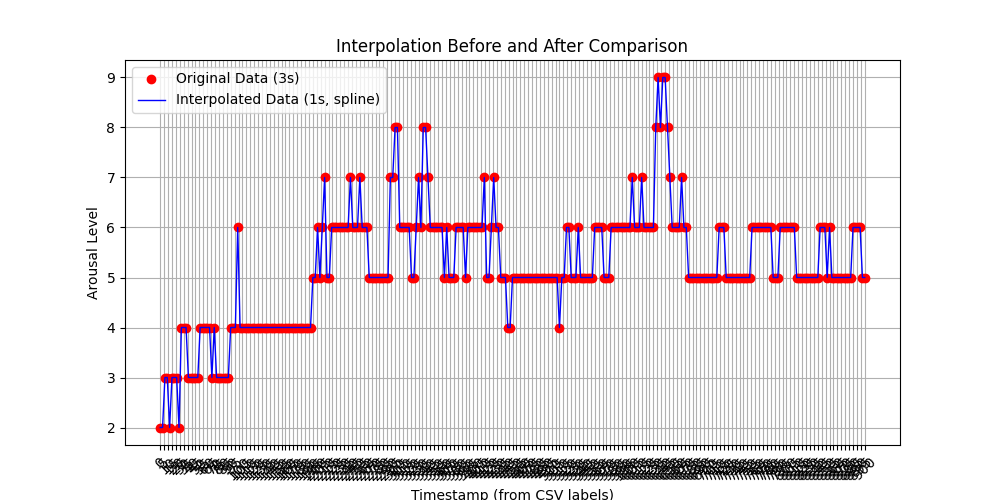
Repository: JLCucumber/comp0053_workspace
Script's output: python data_interpolation.py
An editor plug-in stored every save of this project. The script's output is shown before and after the next save, followed by the edit.
Random numbers start from a fixed seed.

Above is the script's output before, as saved 2025-03-14 19:21:15.

### data_interpolation.py
import os
import pandas as pd
import matplotlib
import matplotlib.pyplot as plt
from scipy.interpolate import CubicSpline

matplotlib.rcParams["font.family"] = "DejaVu Sans"  #


def interpolate_csv(input_csv, output_csv, target_interval=1, visualize=False, method="linear"):
    """Data interpolation: Convert annotations from 3s intervals to 1s intervals and visualize the difference"""
    if not os.path.exists(input_csv):
        print(f"❌ Input file {input_csv} does not exist!")
        return

    # **Read CSV file**
    df = pd.read_csv(input_csv)

    # **Ensure timestamp is an integer**
    df["timestamp"] = pd.to_numeric(df["timestamp"], errors="coerce")

    # **Convert to DatetimeIndex**
    df["timestamp"] = pd.to_datetime(df["timestamp"], unit="s")

    # **Set index**
    df.set_index("timestamp", inplace=True)

    if method == "spline":
        # **Perform cubic spline interpolation**
        timestamps = df.index.astype(int) // 10**9  # Convert timestamps to integer seconds
        arousal_values = df["arousal"].values
        cs = CubicSpline(timestamps, arousal_values)
        new_timestamps = range(timestamps[0], timestamps[-1] + 1, target_interval)
        new_arousal = cs(new_timestamps)
        df_resampled = pd.DataFrame({"timestamp": new_timestamps, "arousal": new_arousal})
    else:
        # **Perform linear interpolation (default)**
        df_resampled = df.resample(f"{target_interval}s").interpolate(method=method)
        df_resampled.reset_index(inplace=True)
        df_resampled["timestamp"] = df_resampled["timestamp"].astype(int) // 10**9  # Convert back to integer seconds

    # **Save results**
    df_resampled.to_csv(output_csv, index=False)
    print(f"✅ Interpolation completed, saved to {output_csv}")


def visualize_interpolation(original_csv, interpolated_csv):
    """Function to visualize interpolation effect separately"""
    if not os.path.exists(original_csv) or not os.path.exists(interpolated_csv):
        print("❌ One or both files do not exist!")
        return

    # **Read files**
    df_original = pd.read_csv(original_csv)
    df_interpolated = pd.read_csv(interpolated_csv)

    # **Ensure timestamps are numeric and sorted**
    df_original["timestamp"] = pd.to_numeric(df_original["timestamp"], errors="coerce")
    print(df_original["timestamp"])
    df_interpolated["timestamp"] = pd.to_numeric(df_interpolated["timestamp"], errors="coerce")
    df_original = df_original.sort_values("timestamp")
    df_interpolated = df_interpolated.sort_values("timestamp")

    plt.figure(figsize=(10, 5))

    # **Fix: Use correct timestamps for original data**
    plt.plot(df_original["timestamp"], df_original["arousal"], 'ro-', label="Original Data (3s)", markersize=6, linestyle="None")

    # **Plot interpolated data**
    plt.plot(df_interpolated["timestamp"], df_interpolated["arousal"], 'b-', label="Interpolated Data (1s, spline)", linewidth=1)

    # **Fix X-axis labels to avoid overlap**
    plt.xticks(df_interpolated["timestamp"][::5], labels=df_interpolated["timestamp"][::5].astype(str), rotation=45)

    plt.xlabel("Timestamp (from CSV labels)")
    plt.ylabel("Arousal Level")
    plt.legend()
    plt.title("Interpolation Before and After Comparison")
    plt.grid()
    plt.show()





if __name__ == "__main__":
    # 插值数据
    input_csv_file = "output/rgb_byz_game_session.csv"  # 你的原始 CSV 文件
    output_csv_file = input_csv_file.replace(".csv", "_interpolated.csv")
    interpolate_csv(input_csv_file, output_csv_file, target_interval=1, visualize=True, method="linear")
    visualize_interpolation(input_csv_file, output_csv_file)

### output/rgb_byz_game_session.csv
timestamp,arousal
0,2
3,2
6,3
9,3
12,2
15,3
18,3
21,3
24,2
27,4
30,4
33,4
36,3
39,3
42,3
45,3
48,3
51,4
54,4
57,4
60,4
63,4
66,3
69,4
72,3
75,3
78,3
81,3
84,3
87,3
90,4
93,4
96,4
99,6
102,4
105,4
108,4
111,4
114,4
117,4
120,4
123,4
126,4
129,4
132,4
135,4
138,4
141,4
144,4
147,4
150,4
153,4
156,4
159,4
162,4
165,4
168,4
171,4
174,4
177,4
180,4
183,4
186,4
189,4
192,4
195,5
198,5
201,6
204,5
207,6
210,7
213,5
216,5
219,6
222,6
225,6
228,6
231,6
234,6
237,6
240,6
243,7
246,6
249,6
252,6
255,7
258,6
261,6
264,6
267,5
270,5
273,5
276,5
279,5
282,5
285,5
288,5
291,5
294,7
297,7
300,8
303,8
306,6
309,6
312,6
315,6
318,6
321,5
324,5
327,6
330,7
333,6
336,8
339,8
342,7
345,6
348,6
351,6
354,6
357,6
360,6
363,5
366,6
369,5
372,5
375,5
378,6
381,6
384,6
387,6
390,5
393,6
396,6
399,6
402,6
405,6
408,6
411,6
414,7
417,5
420,5
423,6
426,7
429,6
432,6
435,5
438,5
441,5
444,4
447,4
450,5
453,5
456,5
459,5
462,5
465,5
468,5
471,5
474,5
477,5
480,5
483,5
486,5
489,5
492,5
495,5
498,5
501,5
504,5
507,5
510,4
513,5
516,5
519,6
522,6
525,5
528,5
531,5
534,6
537,5
540,5
543,5
546,5
549,5
552,5
555,6
558,6
561,6
564,6
567,5
570,5
573,5
576,6
579,6
582,6
585,6
588,6
591,6
594,6
597,6
600,6
603,7
606,6
609,6
612,6
615,7
618,6
621,6
624,6
627,6
630,6
633,8
636,9
639,8
642,9
645,9
648,8
651,7
654,6
657,6
660,6
663,6
666,7
669,6
672,6
675,5
678,5
681,5
684,5
687,5
690,5
693,5
696,5
699,5
702,5
705,5
708,5
711,5
714,6
717,6
720,6
723,5
726,5
729,5
732,5
735,5
738,5
741,5
744,5
747,5
750,5
753,5
756,6
759,6
762,6
765,6
768,6
771,6
774,6
777,6
780,6
783,5
786,5
789,5
792,6
795,6
798,6
801,6
804,6
807,6
810,6
813,5
816,5
819,5
822,5
825,5
828,5
831,5
834,5
837,5
840,5
843,6
846,6
849,6
852,5
855,6
858,5
861,5
864,5
867,5
870,5
873,5
876,5
879,5
882,5
885,6
888,6
891,6
894,6
897,5
900,5

After the next save:
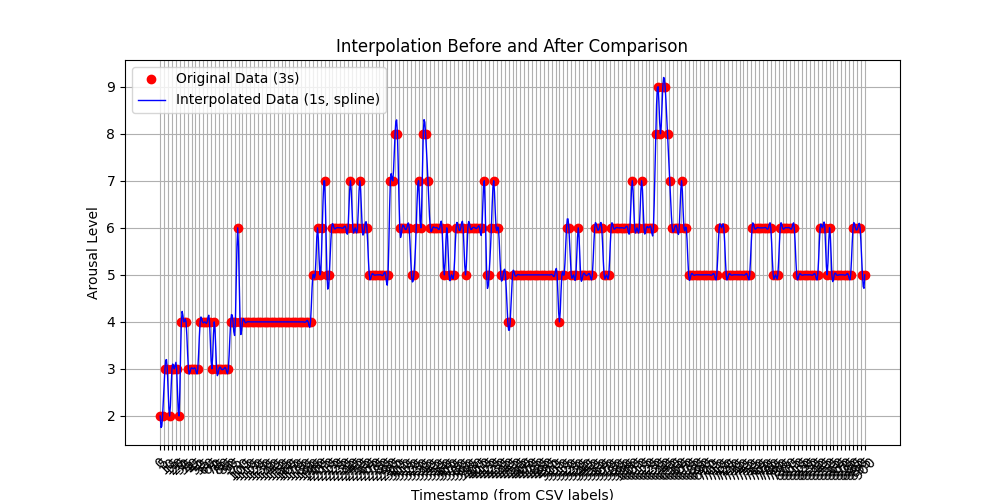
Saved 8 s later.
--- a/data_interpolation.py
+++ b/data_interpolation.py
@@ -87,5 +87,5 @@ if __name__ == "__main__":
     # 插值数据
     input_csv_file = "output/rgb_byz_game_session.csv"  # 你的原始 CSV 文件
     output_csv_file = input_csv_file.replace(".csv", "_interpolated.csv")
-    interpolate_csv(input_csv_file, output_csv_file, target_interval=1, visualize=True, method="linear")
+    interpolate_csv(input_csv_file, output_csv_file, target_interval=1, visualize=True, method="spline")
     visualize_interpolation(input_csv_file, output_csv_file)
